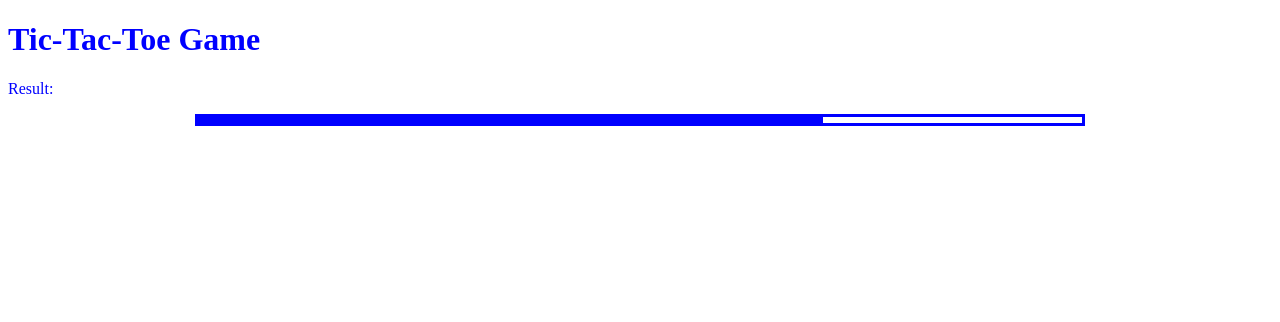
Repository: 0101chaitanya/Tic-Tac-Toe
Page: index.html
An editor plug-in stored every save of this project. The page is shown before and after the next save, followed by the edit.
The browser window is 1280 px wide. The pictures show the whole page.

Above is the page before, as saved 2021-06-09 17:07:31.

### index.html
<!DOCTYPE html>
<html>
    <head>
<meta charset="utf-8">
<title>Tic-Tac-Toe Game</title>
<link rel="stylesheet" href="styles.css">
    </head>
<body>
    <h1 id="heading">Tic-Tac-Toe Game</h1>

    <div id = "Output">
        <p  >Result:</p>
    </div>
    <div id = "gameSquare">

    <div id = "row1">
    <div class = "r1Column"></div>
    <div class = "rlColumn"></div>
    <div class = "rlColumn"></div>
</div>
<div id = "row2">
    <div class = "r2Column"></div>
    <div class = "r2Column"></div>
    <div class = "r2Column"></div>
</div>
<div id = "row3">
    <div class = "r3Column"></div>
    <div class = "r3Column"></div>
    <div class = "r3Column"></div>
</div>
</div>
</body>
<script type="text/javascript" src="script.js"></script>
</html>

### styles.css
:root{
color:blue;

}
#gameSquare{
    border-style: solid;
    width:70%;
    height:20%;
display:block;
margin:auto;
}
#gameSquare>div:nth-child(1){
    border-style: solid;
    width:70%;
    height:20%;

}

### script.js
/* (function(){
let
})(); */

After the next save:
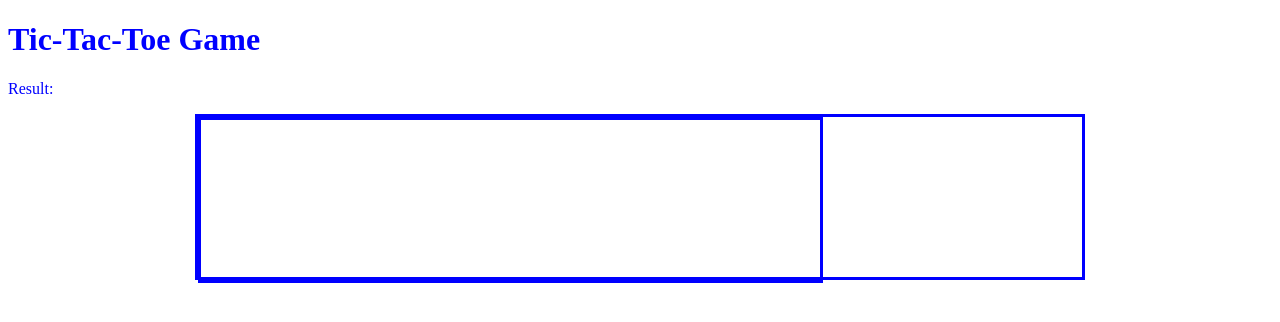
Saved 6 s later.
--- a/styles.css
+++ b/styles.css
@@ -5,13 +5,13 @@ color:blue;
 #gameSquare{
     border-style: solid;
     width:70%;
-    height:20%;
+    height:10rem;
 display:block;
 margin:auto;
 }
 #gameSquare>div:nth-child(1){
     border-style: solid;
     width:70%;
-    height:20%;
+    height:10rem;
 
 }
